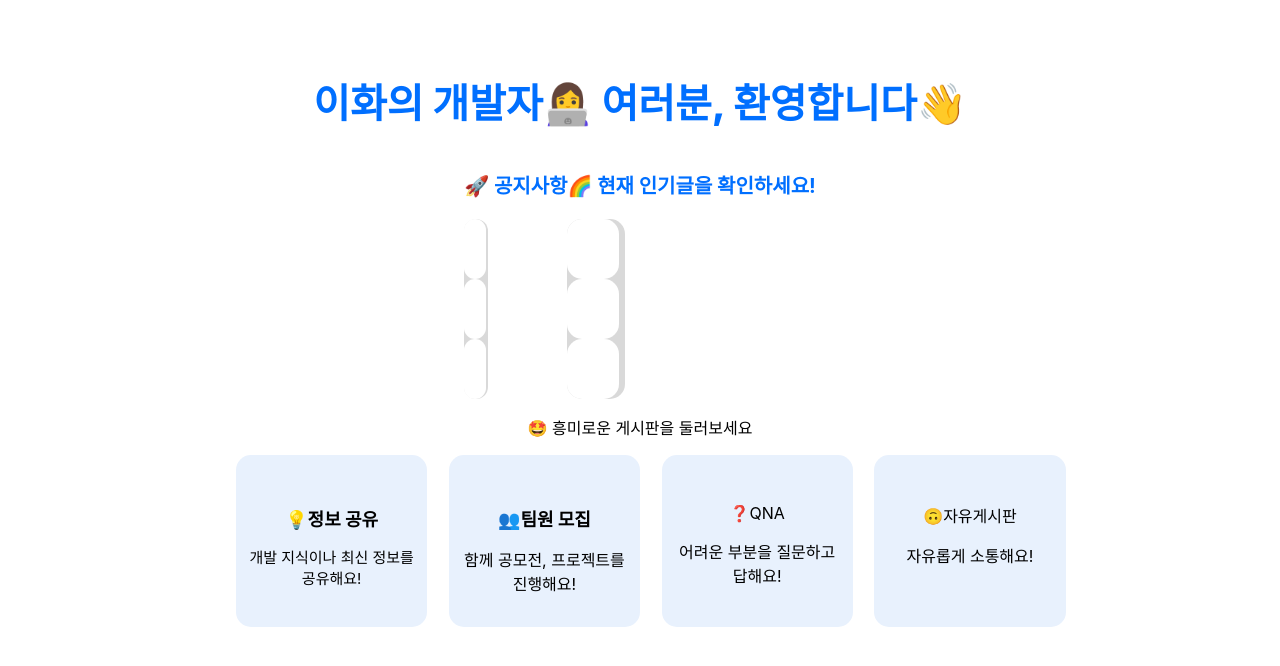
Repository: TeamCosine/Front
Page: /home
These files come from the project's save history. The page is drawn as it stood at one moment and after a run of saves; the edit follows.
The browser window is 1280 px wide. The pictures show the whole page.
The project was rebuilt for these pictures with package versions that can differ from the ones it lists, and the page was loaded fresh each time. Also part of the build but not shown: src/pages/Profile.js, src/pages/Login.js, src/components/MyInfo/Card.js, src/pages/MyInfo.js, src/pages/Write.js, src/components/common/Title.js, src/pages/Qna.js, src/pages/Invite.js.

Above is the page before, as saved 2023-07-15 21:57:27.

### src/App.js
import React from 'react';
import './App.css';

import {BrowserRouter, Routes, Route} from 'react-router-dom';
import Home from './pages/Home';
import Profile from './pages/Profile';
import Login from './pages/Login';
import MyInfo from './pages/MyInfo';
import Write from './pages/Write';
import Qna from './pages/Qna';
import Invite from './pages/Invite';

function App() {
  return (
    <BrowserRouter>
    <div className="App">
      <Routes>
        <Route path = "/" element={<Login/>}/>
        <Route path = "/profile" element={<Profile/>}/>
        <Route path = "/myinfo" element = {<MyInfo/>} />
        <Route path = "/Write" element = {<Write/>} />
        <Route path = "/Qna" element={<Qna/>}/>
        <Route path = "/home" element = {< Home/>}/>
        <Route path = "/invite" element={<Invite/>}/>

      </Routes>
    </div>
    </BrowserRouter>
  );
}

export default App;

### src/pages/Home.js
//메인 페이지
import React from "react";
import styled from "styled-components";
import Card from "../components/home/Card";

const Box = styled.div`
   display: flex;
   flex-direction: column;
   align-items: center;
   justify-content: center;
`;

const Title = styled.div`
    margin-top: 10vh;
    font-size: 40px;
    text-align: center;
    font-weight: 800;
    display: flex;
    color : #006fff;

`;
const Row = styled.div`
   flex-direction: column;
   display: flex;

`;
const Container = styled.div`
   background-color: #D9D9D9;
   border-radius: 15px;
   width : 23%;
   flex-direction: column;
   justify-content: center;
   align-items: center;

`;
const HomeContainer = styled.div`
   display: flex;
   flex-direction: row;
   margin-top: 20px;
   justify-content: center;
   justify-items: center;


`;
const Menu = styled.div``;
const MenuContainer=styled.div`
   display: flex;
   flex-direction: row;
   justify-items: center;
   text-align: center;
`;
const MenuItem = styled.div`
   background-color: #E8F1FD;
   padding-top :2rem;
   padding-bottom : 2rem;
   border-radius: 15px;
   width : 23vh;
   height : 15vh;
   margin-left: 3vh;
   padding-left: 1vw;
   padding-right: 1vw;
`;

const Home = () =>{
    return (

        <Box>


          <Title>이화의 개발자👩‍💻 여러분, 환영합니다👋</Title>
          <HomeContainer>
          <Row>
            <p style={{color:"#006FFF", fontWeight:"bold", fontSize:"20px"}}>🚀 공지사항</p>
            <Container>
                <Card/>
                <Card/>
                <Card/>

            </Container>
          </Row>
          <Row>
            <p style={{color:"#006FFF", fontWeight:"bold", fontSize:"20px"}}>🌈 현재 인기글을 확인하세요!</p>
            <Container>
                <Card />
                <Card />
                <Card />

            </Container>
          </Row>
          </HomeContainer>
          <Menu>
            <p>🤩 흥미로운 게시판을 둘러보세요</p>
            <MenuContainer>
                <MenuItem>
                   <p style={{color :"black", fontSize:"18px", marginBottom:"0.5vh", fontWeight:"bold"}}>💡정보 공유</p>
                   <p style={{fontSize:"15px"}}>개발 지식이나 최신 정보를 공유해요!</p>
               </MenuItem>
                <MenuItem >
                  <p style={{color :"black", fontSize:"18px", marginBottom:"0.5vh", fontWeight:"bold"}}>👥팀원 모집</p>
                  <p>함께 공모전, 프로젝트를 진행해요!</p>
                </MenuItem>
                <MenuItem>
                  <p>❓QNA</p>
                  <p>어려운 부분을 질문하고 답해요!</p>
                </MenuItem>
                <MenuItem><p>🙃자유게시판</p><p>자유롭게 소통해요!</p></MenuItem>

            </MenuContainer>

          </Menu>

        </Box>
    )

}

export default Home;

### src/components/home/Card.js
import React from "react";
import styled from "styled-components";

const Container = styled.div`
   border-radius: 15px;
   width : 90%;
   height : 60px;
   background-color: white;
   color : black;
`;

const Card = () =>{

    return (
        <Container>

        </Container>
    )

}

export default Card;

Loaded but not shown: public/index.html (common file); src/index.js (common file); src/index.css (common file); src/reportWebVitals.js (common file); src/App.css (common file)

After the next 3 saves:
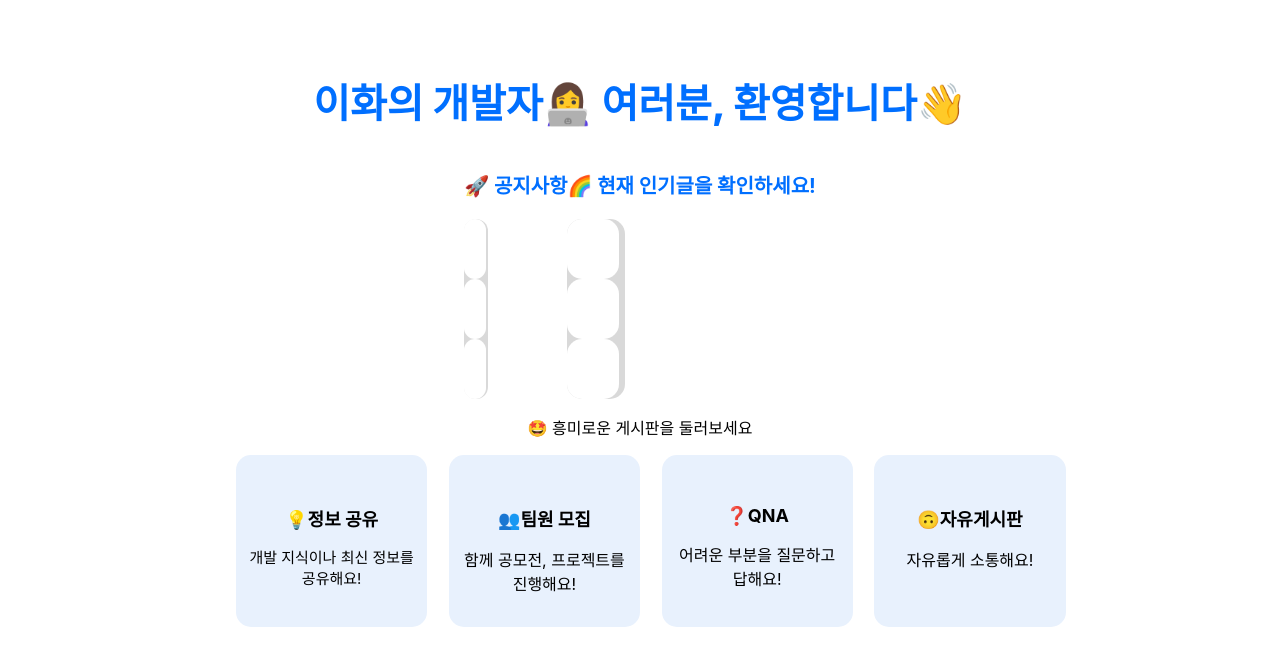
The 3 saves are shown as one change because they came seconds apart.
The last was saved 10 s later.
--- a/src/pages/Home.js
+++ b/src/pages/Home.js
@@ -100,10 +100,10 @@ const Home = () =>{
                   <p>함께 공모전, 프로젝트를 진행해요!</p>
                 </MenuItem>
                 <MenuItem>
-                  <p>❓QNA</p>
+                  <p style={{color :"black", fontSize:"18px", marginBottom:"0.5vh", fontWeight:"bold"}}>❓QNA</p>
                   <p>어려운 부분을 질문하고 답해요!</p>
                 </MenuItem>
-                <MenuItem><p>🙃자유게시판</p><p>자유롭게 소통해요!</p></MenuItem>
+                <MenuItem><p style={{color :"black", fontSize:"18px", marginBottom:"0.5vh", fontWeight:"bold"}}>🙃자유게시판</p><p>자유롭게 소통해요!</p></MenuItem>
 
             </MenuContainer>
 
